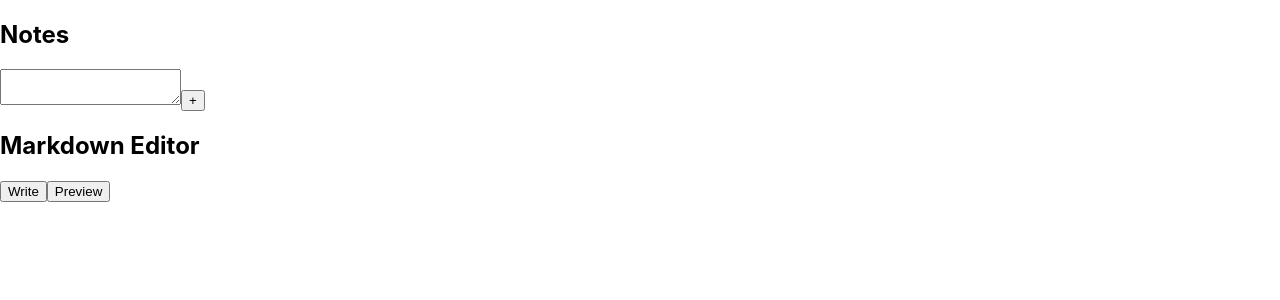
Repository: sriram1224/markdown_editor
Page: /
These files come from the project's save history. The page is drawn as it stood at one moment and after the next save; the edit follows.
The browser window is 1280 px wide. The pictures show the whole page.
The project was rebuilt for these pictures with package versions that can differ from the ones it lists, and the page was loaded fresh each time.

Above is the page before, as saved 2024-04-22 19:58:22.

### src/App.js

import MarkdownEditor from './Components/Markdown';
function App() {
  return (
    <div>
     <MarkdownEditor />
    </div>
  );
}

export default App;

### src/Components/Markdown.js
import React, { useState } from 'react';
import ReactMarkdown from 'react-markdown';

const MarkdownEditor = () => {
  const [notes, setNotes] = useState([]);
  const [currentNote, setCurrentNote] = useState('');
  const [markdownContent, setMarkdownContent] = useState('');
  const [showEditor, setShowEditor] = useState(false);

  const handleNoteAdd = () => {
    if (currentNote.trim() !== '') {
      setNotes([...notes, currentNote]);
      setCurrentNote('');
    }
  };

  const handleNoteChange = (e) => {
    setCurrentNote(e.target.value);
  };

  const handleEditorChange = (e) => {
    setMarkdownContent(e.target.value);
  };

  return (
    <div>
      <div>
        <h2>Notes</h2>
        <textarea value={currentNote} onChange={handleNoteChange} />
        <button onClick={handleNoteAdd}>+</button>
        <ul>
          {notes.map((note, index) => (
            <li key={index}>{note}</li>
          ))}
        </ul>
      </div>
      <div>
        <h2>Markdown Editor</h2>
        <div>
          <button onClick={() => setShowEditor(true)}>Write</button>
          <button onClick={() => setShowEditor(false)}>Preview</button>
        </div>
        {showEditor ? (
          <textarea value={markdownContent} onChange={handleEditorChange} />
        ) : (
          <div>
            <ReactMarkdown>{markdownContent}</ReactMarkdown>
          </div>
        )}
      </div>
    </div>
  );
};

export default MarkdownEditor;

Loaded but not shown: public/index.html (common file); src/index.js (common file); src/index.css (common file); src/reportWebVitals.js (common file)

After the next save:
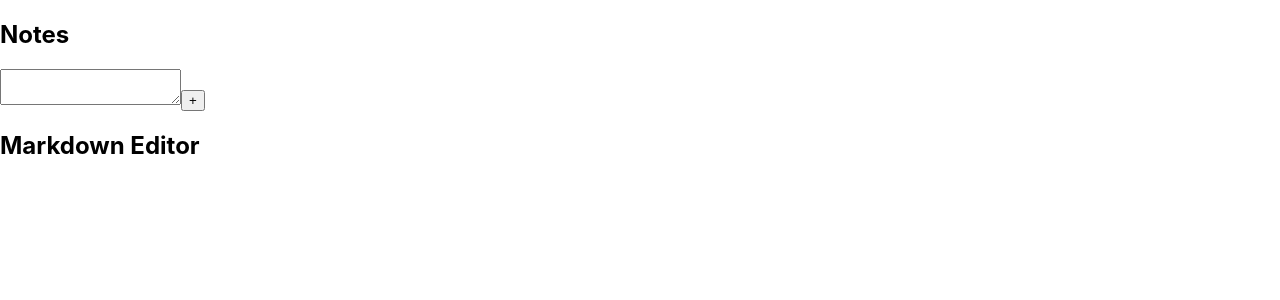
Saved 2 min 19 s later.
--- a/src/Components/Markdown.js
+++ b/src/Components/Markdown.js
@@ -2,51 +2,46 @@ import React, { useState } from 'react';
 import ReactMarkdown from 'react-markdown';
 
 const MarkdownEditor = () => {
-  const [notes, setNotes] = useState([]);
-  const [currentNote, setCurrentNote] = useState('');
-  const [markdownContent, setMarkdownContent] = useState('');
-  const [showEditor, setShowEditor] = useState(false);
+  const [notes, setNotes] = useState([{ id: 1, content: '' }]);
+  const [currentNoteId, setCurrentNoteId] = useState(1);
 
   const handleNoteAdd = () => {
-    if (currentNote.trim() !== '') {
-      setNotes([...notes, currentNote]);
-      setCurrentNote('');
-    }
+    const newNoteId = currentNoteId + 1;
+    setNotes([...notes, { id: newNoteId, content: '' }]);
+    setCurrentNoteId(newNoteId);
   };
 
-  const handleNoteChange = (e) => {
-    setCurrentNote(e.target.value);
+  const handleNoteChange = (id, content) => {
+    const updatedNotes = notes.map((note) =>
+      note.id === id ? { ...note, content } : note
+    );
+    setNotes(updatedNotes);
   };
 
-  const handleEditorChange = (e) => {
-    setMarkdownContent(e.target.value);
+  const handleEditorChange = (id, content) => {
+    handleNoteChange(id, content);
   };
 
   return (
     <div>
       <div>
         <h2>Notes</h2>
-        <textarea value={currentNote} onChange={handleNoteChange} />
+        {notes.map((note) => (
+          <textarea
+            key={note.id}
+            value={note.content}
+            onChange={(e) => handleNoteChange(note.id, e.target.value)}
+          />
+        ))}
         <button onClick={handleNoteAdd}>+</button>
-        <ul>
-          {notes.map((note, index) => (
-            <li key={index}>{note}</li>
-          ))}
-        </ul>
       </div>
       <div>
         <h2>Markdown Editor</h2>
-        <div>
-          <button onClick={() => setShowEditor(true)}>Write</button>
-          <button onClick={() => setShowEditor(false)}>Preview</button>
-        </div>
-        {showEditor ? (
-          <textarea value={markdownContent} onChange={handleEditorChange} />
-        ) : (
-          <div>
-            <ReactMarkdown>{markdownContent}</ReactMarkdown>
+        {notes.map((note) => (
+          <div key={note.id}>
+            <ReactMarkdown>{note.content}</ReactMarkdown>
           </div>
-        )}
+        ))}
       </div>
     </div>
   );
